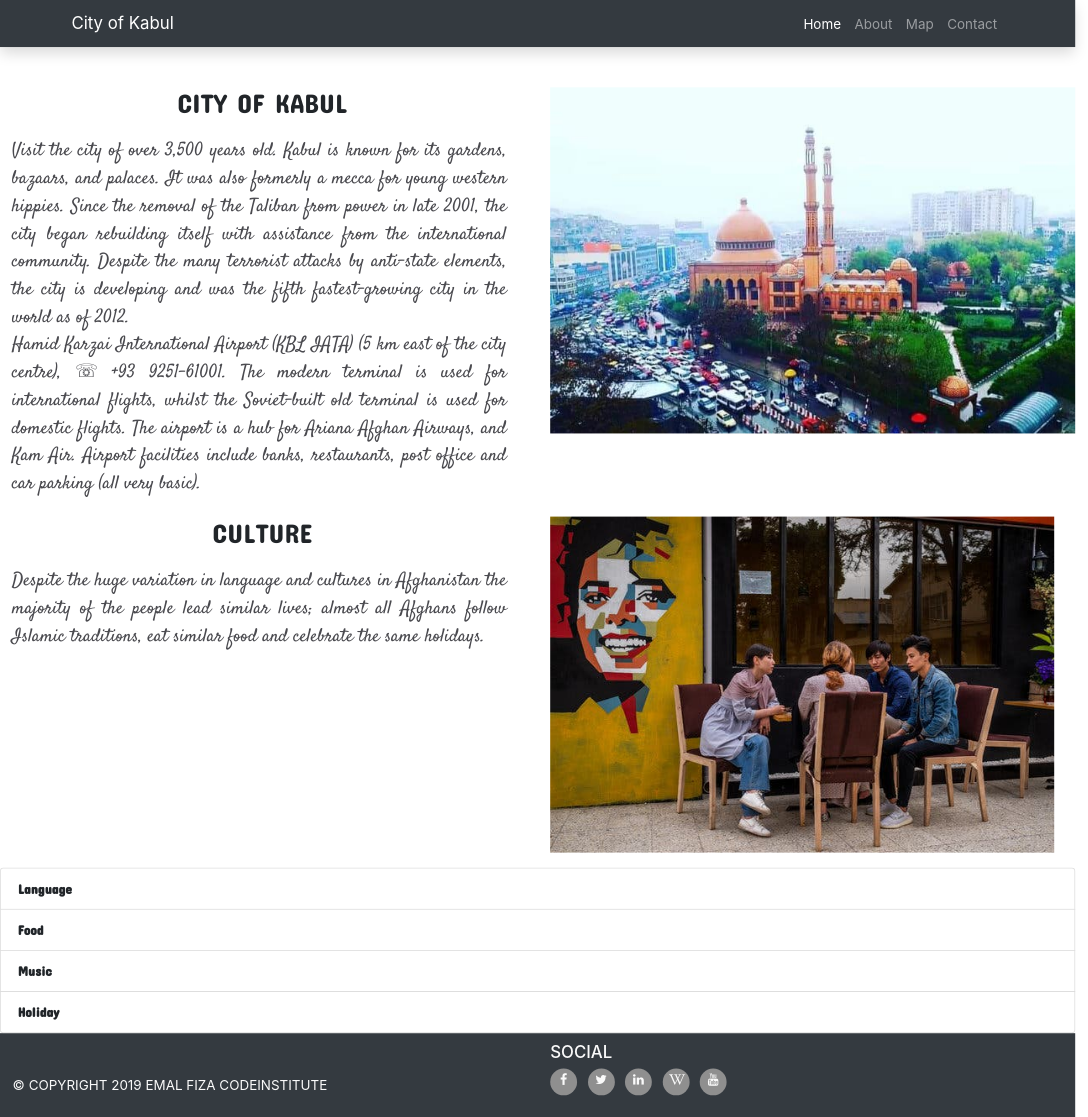
Repository: emalfiza/project-kabul
Page: about.html
The author's editor kept a record of every edit. The page is drawn from the files as they stood at one moment, then again after the next edit.
The browser window is 1280 px wide. The page is 1295 px wide, so the pictures cover 1295 px, including what lies to the right of the window. The pictures show the whole page, at 84% of full size.

Above is the page before.

### about.html
<!DOCTYPE html>
<html lang="en">

<head>
  <meta charset="UTF-8">
  <meta name="viewport" content="width=device-width, initial-scale=1.0">
  <meta http-equiv="X-UA-Compatible" content="ie=edge">
  <link rel="stylesheet" href="https://stackpath.bootstrapcdn.com/bootstrap/4.3.1/css/bootstrap.min.css" type="text/css" />
  <link rel="stylesheet" href="https://stackpath.bootstrapcdn.com/font-awesome/4.7.0/css/font-awesome.min.css" type="text/css" />
  <link rel="stylesheet" href="assets/css/style.css" type="text/css" />
  <title>City of Kabul</title>
</head>

<body>
  <header>

    <!------------------------------------------- Navigation -->

    <nav class="navbar navbar-expand-lg navbar-dark bg-dark static-top mb-5 shadow">
      <div class="container">
        <a class="navbar-brand" href="#">City of Kabul</a>
        <button class="navbar-toggler" type="button" data-toggle="collapse" data-target="#navbarResponsive" aria-controls="navbarResponsive" aria-expanded="false" aria-label="Toggle navigation">
          <span class="navbar-toggler-icon"></span>
        </button>
        <div class="collapse navbar-collapse" id="navbarResponsive">
          <ul class="navbar-nav ml-auto">
            <li class="nav-item active">
              <a class="nav-link" href="#">Home
                <span class="sr-only">(current)</span>
              </a>
            </li>
            <li class="nav-item">
              <a class="nav-link" href="#">About</a>
            </li>
            <li class="nav-item">
              <a class="nav-link" href="#">Map</a>
            </li>
            <li class="nav-item">
              <a class="nav-link" href="#">Contact</a>
            </li>
          </ul>
        </div>
      </div>
    </nav>

  </header>

  <!------------------------------------------ Page Content -->

  <section class="conrainer-fluid">
    <div class="row">
      <div class="col-sm-6">
        <h2 class="section-heading uppercase">City of Kabul</h2>
        <p class="section-paragraph">
          Visit the city of over 3,500 years old. Kabul is known for its gardens, bazaars, and palaces. It was also formerly a mecca for young western hippies. Since the removal of the Taliban from power in late 2001, the city began rebuilding itself with assistance
          from the international community. Despite the many terrorist attacks by anti-state elements, the city is developing and was the fifth fastest-growing city in the world as of 2012.
          <br>
          Hamid Karzai International Airport (KBL IATA) (5 km east of the city centre), ☏ +93 9251-61001.
          The modern terminal is used for international flights, whilst the Soviet-built old terminal is used for domestic flights.
          The airport is a hub for Ariana Afghan Airways, and Kam Air. Airport facilities include banks, restaurants, post office and car parking (all very basic).
        </p>
      </div>
      <div class="col-sm-6 city-kb">
        <img src="./assets/images/city-kabul.jpeg" class="img-fluid">
      </div>
    </div>
  </section>

  <section class="conrainer-fluid">
    <div class="row">
      <div class="col-sm-6">
        <h2 class="section-heading uppercase">Culture</h2>
        <p class="section-paragraph">
          Despite the huge variation in language and cultures in Afghanistan the majority of the people lead similar lives; almost all Afghans follow Islamic traditions, eat similar food and celebrate the same holidays.
        </p>
      </div>
      <div class="col-sm-6 city-kb">
         <img src="./assets/images/kabul-culture.jpg" class="img-fluid">
      </div>
    </div>
  </section>
  <section>

    <!------------------------------------------------ Bootstrap List -->

    <ul class="list-group">
      <li class="list-group-item">Language</li>
      <li class="list-group-item">Food</li>
      <li class="list-group-item">Music</li>
      <li class="list-group-item">Holiday</li>
    </ul>

  </section>

  <!------------------------------------------------ Footer -->

  <footer class="container-fluid">
    <div class="row">
      <div class="col-sm-6">
        <p class="uppercase general-sub special">&copy; Copyright 2019 Emal Fiza CodeInstitute</p>
      </div>
      <div class="col-sm-6">
        <h5 class="uppercase general-sub">Social</h5>
        <ul class="list-inline social-links">
          <li class="list-inline-item">
            <a target="_blank" href="#">
              <i class="fa fa-facebook" aria-hidden="true"></i>
              <span class="sr-only">Facebook</span>
            </a>
          </li>
          <li class="list-inline-item">
            <a target="_blank" href="#">
              <i class="fa fa-twitter" aria-hidden="true"></i>
              <span class="sr-only">Twitter</span>
            </a>
          </li>
          <li class="list-inline-item">
            <a target="_blank" href="#">
              <i class="fa fa-linkedin" aria-hidden="true"></i>
              <span class="sr-only">LinkedIn</span>
            </a>
          </li>
          <li class="list-inline-item">
            <a target="_blank" href="#">
              <i class="fa fa-wikipedia-w" aria-hidden="true"></i>
              <span class="sr-only">Wikipedia</span>
            </a>
          </li>
          <li class="list-inline-item">
            <a target="_blank" href="#">
              <i class="fa fa-youtube" aria-hidden="true"></i>
              <span class="sr-only">YouTube</span>
            </a>
          </li>
        </ul>
      </div>
    </div>

  </footer>
</body>

</html>

### assets/css/style.css
@import url('https://fonts.googleapis.com/css?family=Concert+One|Satisfy&display=swap:100,200,300,400,500,600,700,800|satisfy:100,200,300,400,500,600,700,800');


/* -- The bellow body css imported from the startbootstrap.com --*/

.body {
  background: url("../images/kabul.jpg") no-repeat center center fixed;
  background-size: cover;
  -webkit-background-size: cover;
  -moz-background-size: cover;
  -o-background-size: cover;
}

.city-kb {}

.image-kb-culture {
  background: url("../images/kabul-culture.jpg") no-repeat center;
  background-size: 75% auto;
  -moz-background-size: 75% auto;
  -webkit-background-size: 75% auto;
  -o-background-size: 75% auto;
  max-width: 100%;
  height: auto;
}

/* -----------------------------------------------------Navbar --*/

.navbar-brand {
  color: #fafafa;
}

/* -----------------------------------------------------Heading --*/

.title {
  font-family: "Concert One", sans-serif;
  font-weight: bolder;
  text-align: center;
  letter-spacing: 2px;
  text-transform: uppercase;
  font-size: 60px;
  color: #fafafa;
  margin-bottom: 10px;
}

hr {
  width: 20%;
  display: block;
  margin-top: 0.5em;
  margin-bottom: 0.5em;
  margin-left: auto;
  margin-right: auto;
  border-style: double;
  border-width: 1px;
  border-radius: 2px;
  height: 2px;
  color: #fafafa;
  background-color: #fafafa;
}

.card {
  background-color: rgba(0, 0, 0, 0.3);
}

.context {
  margin-top: 14%;
}

.primary,
.lead {
  font-family: "satisfy", sans-serif;
  font-size: 22px;
  color: #fafafa;
  text-align: center;
  margin-top: 32px;
}

.lead {
  margin-top: 20px;
}

.section-heading {
  font-family: "Concert One", sans-serif;
  text-align: center;
}

/* -----------------------------------------------------Main content --*/

.section-paragraph {
  font-family: "Satisfy", sans-serif;
  margin: 22px 22px 22px 14px;
  text-align: justify;
  font-weight: 400;
  font-size: 22px;
  color: #4a4a4f;
}

.list-group {
  margin-top: 18px;
  padding: 0;
  font-family: "Concert One", sans-serif;
  font-weight: 600;
  color: #212529;
}

.info {
  font-family: "Concert One", sans-serif;
  color: #4a4a4f;
}

.contact {
  margin-top: 32px;
}

.message {
  width: 100%;
  height: 200px;
  border: 1px solid #ced4da;
  padding: .375rem .75rem;
  color: #495057;
  border-radius: .25rem;
}

.btn {
  margin-bottom: 22px;
}

/* -----------------------------------------------------Map --*/

.map {
  margin: 0;
  padding: 0;
  height: 100vh;
}

/* -----------------------------------------------------Footer --*/

footer {
  background-color: #343a40!important;
  color: #fafafa;
  min-height: 100px;
}

.footer {
  position: initial;
  left: 0;
  bottom: 0;
  width: 100%;
}

.uppercase {
  text-transform: uppercase;
}

/* --The font-family for the general-sub I copied from the bootsratp navbar "DevTool" of my home page
because I wanted my footer font family to match my navbar--*/

.general-sub {
  font-family: -apple-system, BlinkMacSystemFont, "Segoe UI", Roboto, "Helvetica Neue",
  Arial, "Noto Sans", sans-serif, "Apple Color Emoji", "Segoe UI Emoji", "Segoe UI Symbol", "Noto Color Emoji";
  margin-top: 10px;
}

.special {
  margin-left: 0px;
  margin-top: 50px;
}

.social-links {
  padding: 0;
}

.social-links li a i {
  position: relative;
  width: 32px;
  height: 32px;
  padding: 8px;
  border-radius: 50%;
  font-size: 15px;
  line-height: 12px;
  text-align: center;
  color: #fafafa;
  background-color: #8f8f8f;
  transition: all 0.40s ease-in-out;
  -moz-transition: all 0.40s ease-in-out;
  -webkit-transition: all 0.40s ease-in-out;
  -o-transition: all 0.40s ease-in-out;
}

.social-links li a i:hover {
  background-color: #252525;
}

After the next edit:
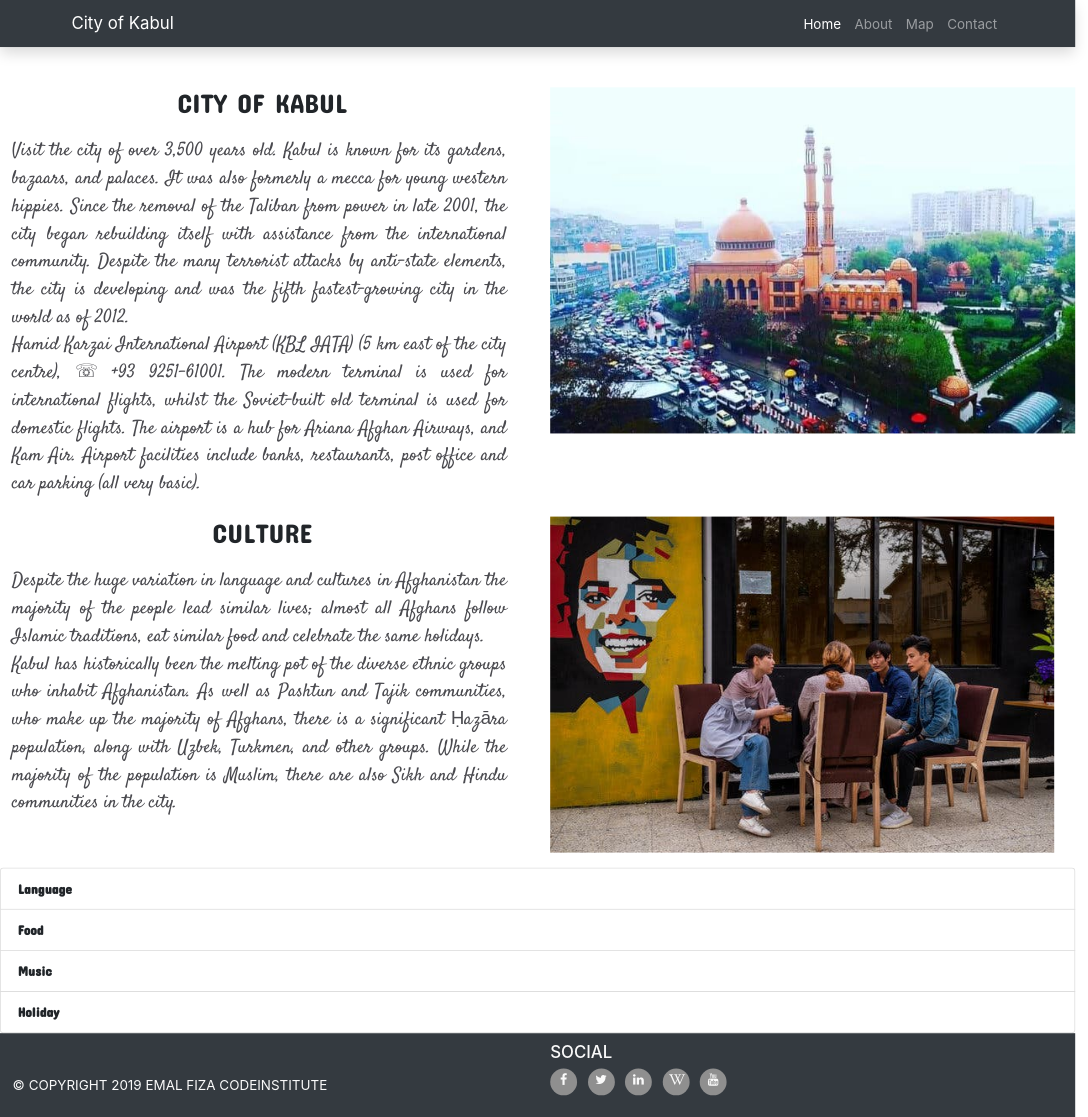
The edit:
--- a/about.html
+++ b/about.html
@@ -71,7 +71,13 @@
       <div class="col-sm-6">
         <h2 class="section-heading uppercase">Culture</h2>
         <p class="section-paragraph">
-          Despite the huge variation in language and cultures in Afghanistan the majority of the people lead similar lives; almost all Afghans follow Islamic traditions, eat similar food and celebrate the same holidays.
+          Despite the huge variation in language and cultures in Afghanistan the majority of the people lead similar lives;
+          almost all Afghans follow Islamic traditions, eat similar food and celebrate the same holidays.
+          <br>
+          Kabul has historically been the melting pot of the diverse ethnic groups who inhabit Afghanistan.
+          As well as Pashtun and Tajik communities, who make up the majority of Afghans, there is a significant
+          Ḥazāra population, along with Uzbek, Turkmen, and other groups. While the majority of the population is Muslim,
+          there are also Sikh and Hindu communities in the city.
         </p>
       </div>
       <div class="col-sm-6 city-kb">
